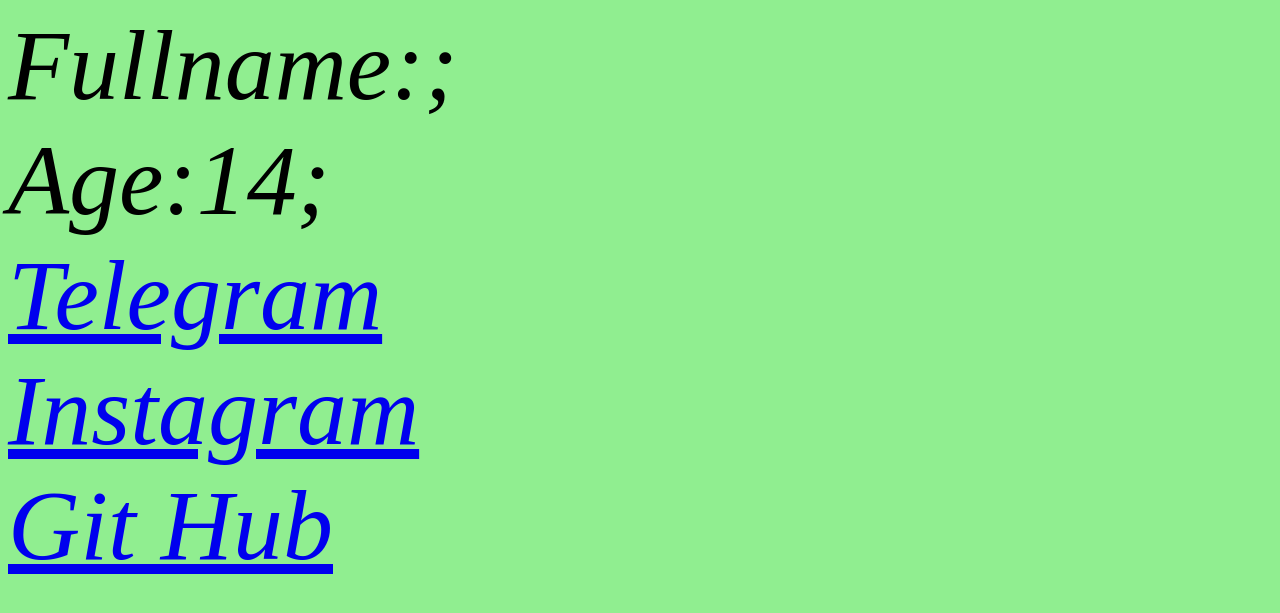
Repository: KHANas02/JS_first-lesson
Page: portfolio.html
These files come from the project's save history. The page is drawn as it stood at one moment and after a run of saves; the edit follows.
The browser window is 1280 px wide. The pictures show the whole page.

Above is the page before, as saved 2024-03-23 09:48:23.

### portfolio.html
<!DOCTYPE html>
<html lang="en">
  <head>
    <meta charset="UTF-8" />
    <meta name="viewport" content="width=device-width, initial-scale=1.0" />
    <title>About me</title>
    <link rel="stylesheet" href="./index.html" />
    <style>
      body {
        background-color: lightgreen;
        flex-wrap: wrap;
        display: flex;
      }
      a:hover {
        scale: 125%;
      }
      em:hover {
        scale: 90%;
      }
      em {
        font-size: 100px;
        font-weight: 100px;
      }
      a {
        font-size: 100px;
        font-weight: 100px;
      }
    </style>
  </head>
  <body>
    <address>
      <em> Fullname:;</em>
      <br />
      <em> Age:14;</em><br />
      <a target="_blank" href="https://t.me/wzb_02">Telegram</a>
      <br />
      <a target="_blank" href="#">Instagram</a>
      <br />
      <a target="_blank" href="https://github.com/KHANas02">Git Hub</a>
    </address>
  </body>
</html>

### index.html
<!DOCTYPE html>
<html lang="en">
  <head>
    <meta charset="UTF-8" />
    <meta name="viewport" content="width=device-width, initial-scale=1.0" />
    <title>Market</title>
    <link rel="stylesheet" href="./style.css" />
  </head>
  <body>
    <video autoplay loop muted plays-inline class="background-video">
      <source
        src="https://github.com/ecemgo/mini-samples-great-tricks/assets/13468728/82f375e7-244f-4c21-90ac-9abd7549ed05"
        type="video/mp4"
      />
    </video>

    <input type="checkbox" id="check" />
    <label for="check" class="icons">
      <i class="bx bx-menu" id="menu-icon"></i>
      <i class="bx bx-x" id="close-icon"></i>
    </label>

    <nav class="navbar">
      <a target="_blank" href="#" class="nav-item" style="--i: 0">Home</a>
      <a target="_blank" href="#" class="nav-item" style="--i: 1">Book</a>
      <a target="_blank" href="#" class="nav-item" style="--i: 2">Favorites</a>
      <a target="_blank" href="#" class="nav-item" style="--i: 3">Contact</a>
      <a target="_blank" href="#" class="nav-item" style="--i: 4">About us</a>
      <a target="_blank" href="#" class="nav-item" style="--i: 5">Services</a>
      <a target="_blank" href="#" class="nav-item" style="--i: 6">Services</a>
      <a target="_blank" href="portfolio.html" class="nav-item" style="--i: 7"
        >Portfolio</a
      >
      <a target="_blank" href="sale.html" class="nav-item" style="--i: 6"
        >Sale</a
      >
      <a target="_blank" href="location.html" class="nav-item" style="--i: 6"
        >Our location</a
      >
      <a target="_blank" href="feedback.html" class="nav-item" style="--i: 8"
        >Feedback</a
      >
    </nav>

    <section class="content">
      <h1>Company</h1>
      <a href="#" class="btn light"></a>
    </section>

    <div class="container">
      <div class="card">
        <img src="photo_2024-02-25_17-26-45.jpg" />
        <div class="card__head">Costs:10.000 Sum</div>
      </div>
      <div class="card">
        <img src="photo_2024-02-26_21-07-56.jpg" />
        <div class="card__head">Costs:5.000 Sum</div>
      </div>

      <div class="card">
        <img src="photo_2024-02-26_21-07-54.jpg" />
        <div class="card__head">Costs:7.000 Sum</div>
      </div>

      <div class="card">
        <img src="photo_2024-03-22_22-08-20.jpg" />
        <div class="card__head">Costs:7.000 Sum</div>
      </div>
      <img class="card">
        <img src="photo_2024-03-22_22-21-49.jpg" />
        <div class="card__head">Costs:7.000 Sum</div>
      </img>
    </div>
  </body>
</html>

After the next 4 saves:
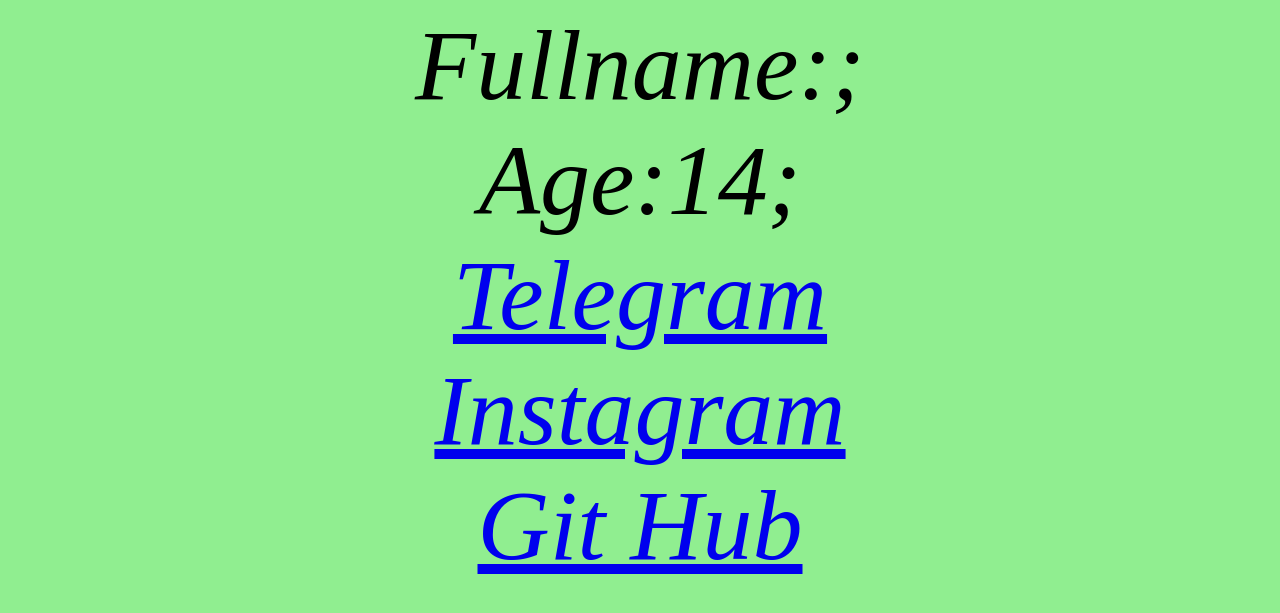
The 4 saves are shown as one change because they came seconds apart.
The last was saved 25 s later.
--- a/portfolio.html
+++ b/portfolio.html
@@ -8,8 +8,7 @@
     <style>
       body {
         background-color: lightgreen;
-        flex-wrap: wrap;
-        display: flex;
+        text-align: center;
       }
       a:hover {
         scale: 125%;
